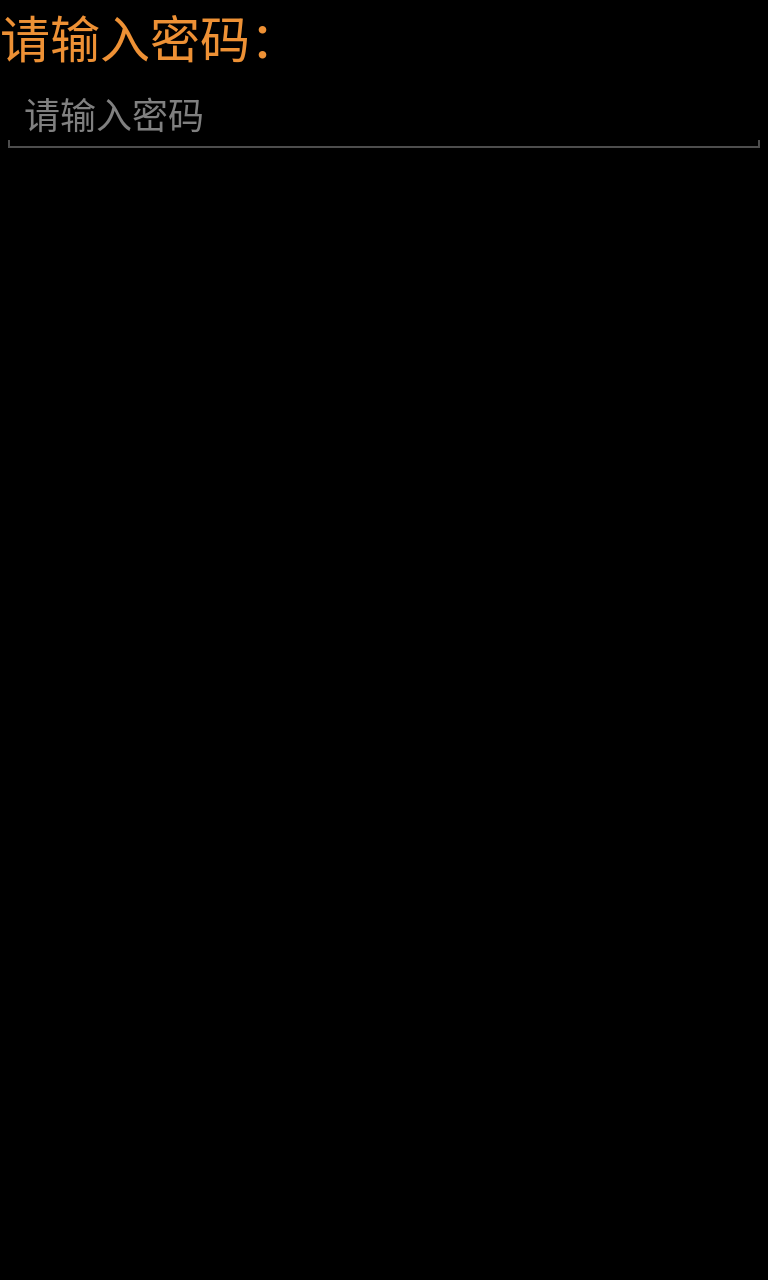
Repository: GuangmingChan/DevelopAndroidApp
Layout: demoButton1/res/layout/main.xml
The author's editor kept a copy of each file at every save. The layout is drawn from the files as they stood at one save, then again after a run of saves.
It is drawn on a 768 x 1280 px phone screen (xhdpi) without system bars, with theme android:Theme.Holo; the app's code is not run.

Above is the layout before, as saved 2017-03-10 03:28:33.

### demoButton1/res/layout/main.xml
<?xml version="1.0" encoding="utf-8"?>
<LinearLayout xmlns:android="http://schemas.android.com/apk/res/android"
    android:layout_width="fill_parent"
    android:layout_height="fill_parent"
    android:orientation="vertical" >


    <TextView
        android:id="@+id/textView1"
        android:layout_width="300dp"
        android:layout_height="wrap_content"
        android:textColor="#ee9135"
        android:textSize="25sp"
        android:text="请输入密码：" />

    <EditText
        android:id="@+id/etPwd"
        android:layout_width="match_parent"
        android:layout_height="wrap_content"
        android:hint="请输入密码"
        android:textColor="#6b6968"
        android:inputType="textPassword" >
    </EditText>

</LinearLayout>

After the next 2 saves:
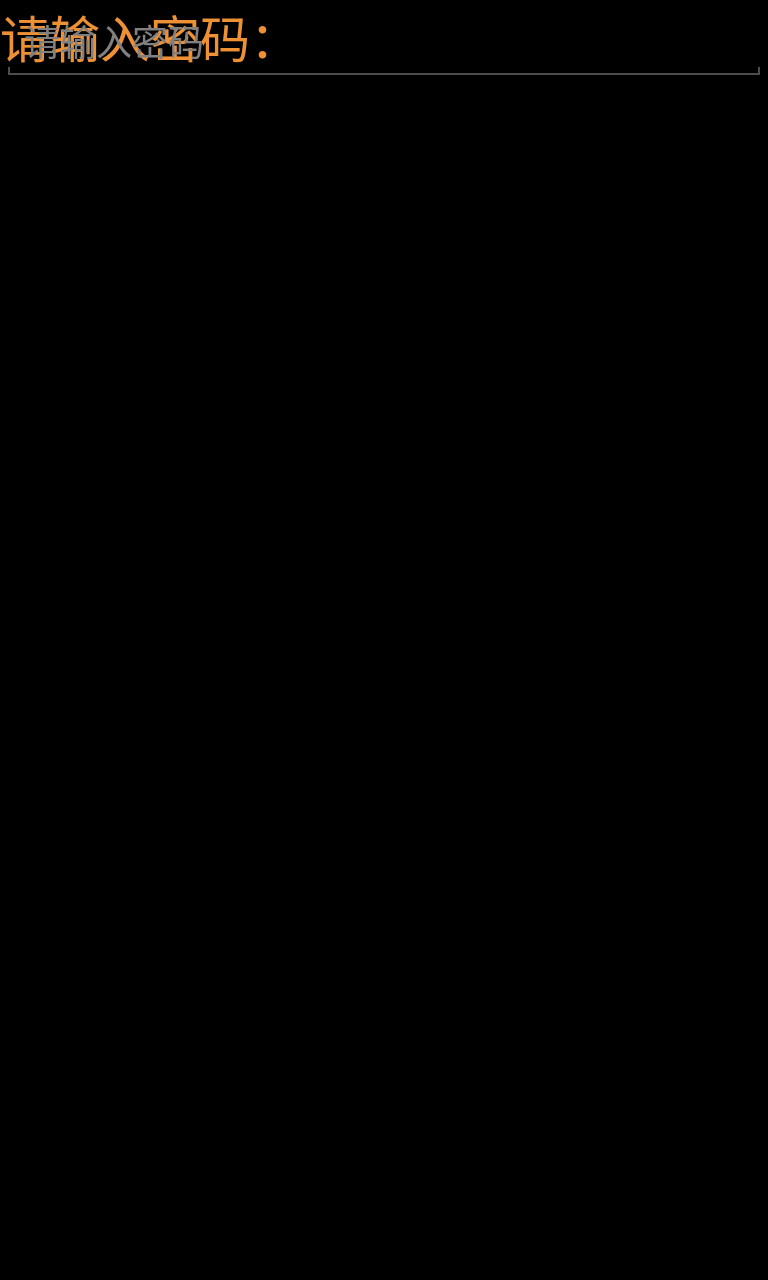
The 2 saves are shown as one change because 1 did not build or start.
The last was saved 2 min 43 s later.
--- a/demoButton1/res/layout/main.xml
+++ b/demoButton1/res/layout/main.xml
@@ -1,5 +1,5 @@
 <?xml version="1.0" encoding="utf-8"?>
-<LinearLayout xmlns:android="http://schemas.android.com/apk/res/android"
+<RelativeLayout xmlns:android="http://schemas.android.com/apk/res/android"
     android:layout_width="fill_parent"
     android:layout_height="fill_parent"
     android:orientation="vertical" >
@@ -22,4 +22,4 @@
         android:inputType="textPassword" >
     </EditText>
 
-</LinearLayout>
+</RelativeLayout>

After the 2 saves that followed:
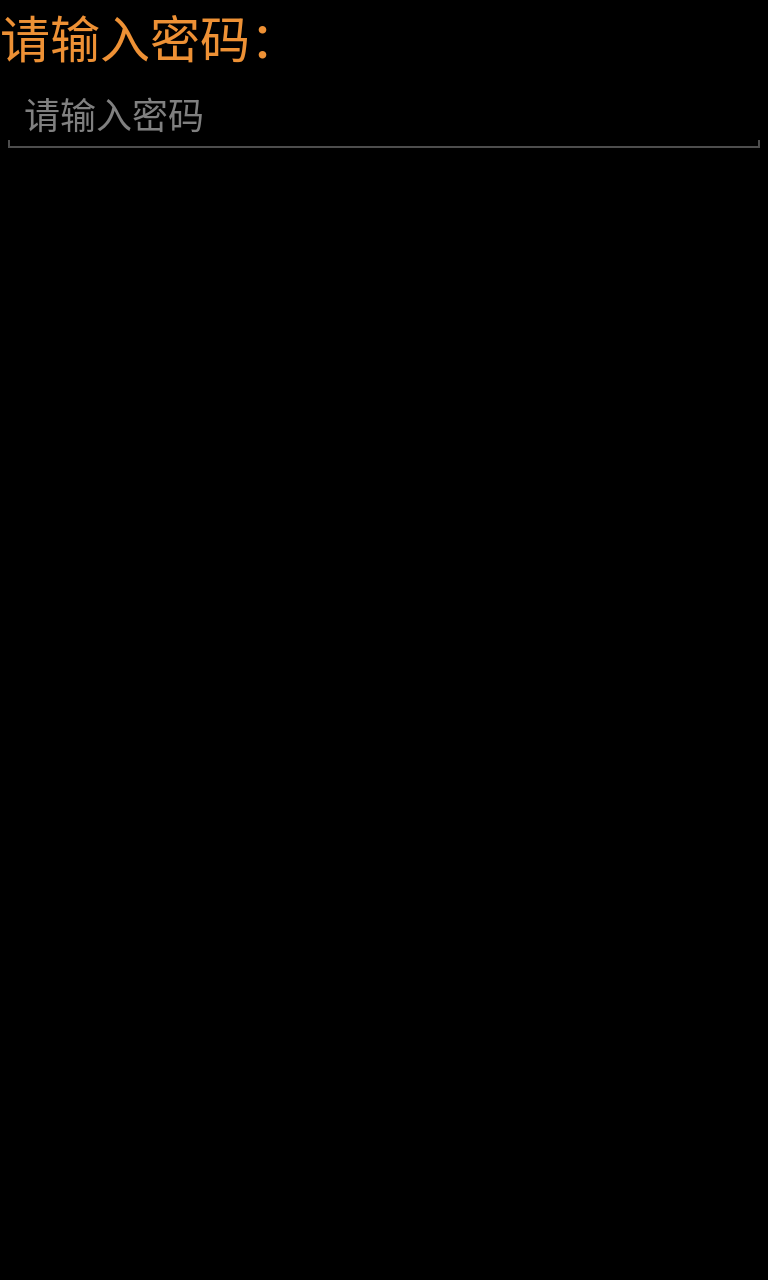
The 2 saves are shown as one change because 1 left the picture as it was.
The last was saved 39 s later.
--- a/demoButton1/res/layout/main.xml
+++ b/demoButton1/res/layout/main.xml
@@ -19,6 +19,7 @@
         android:layout_height="wrap_content"
         android:hint="请输入密码"
         android:textColor="#6b6968"
+        android:layout_below="@+id/textView1"
         android:inputType="textPassword" >
     </EditText>
 
